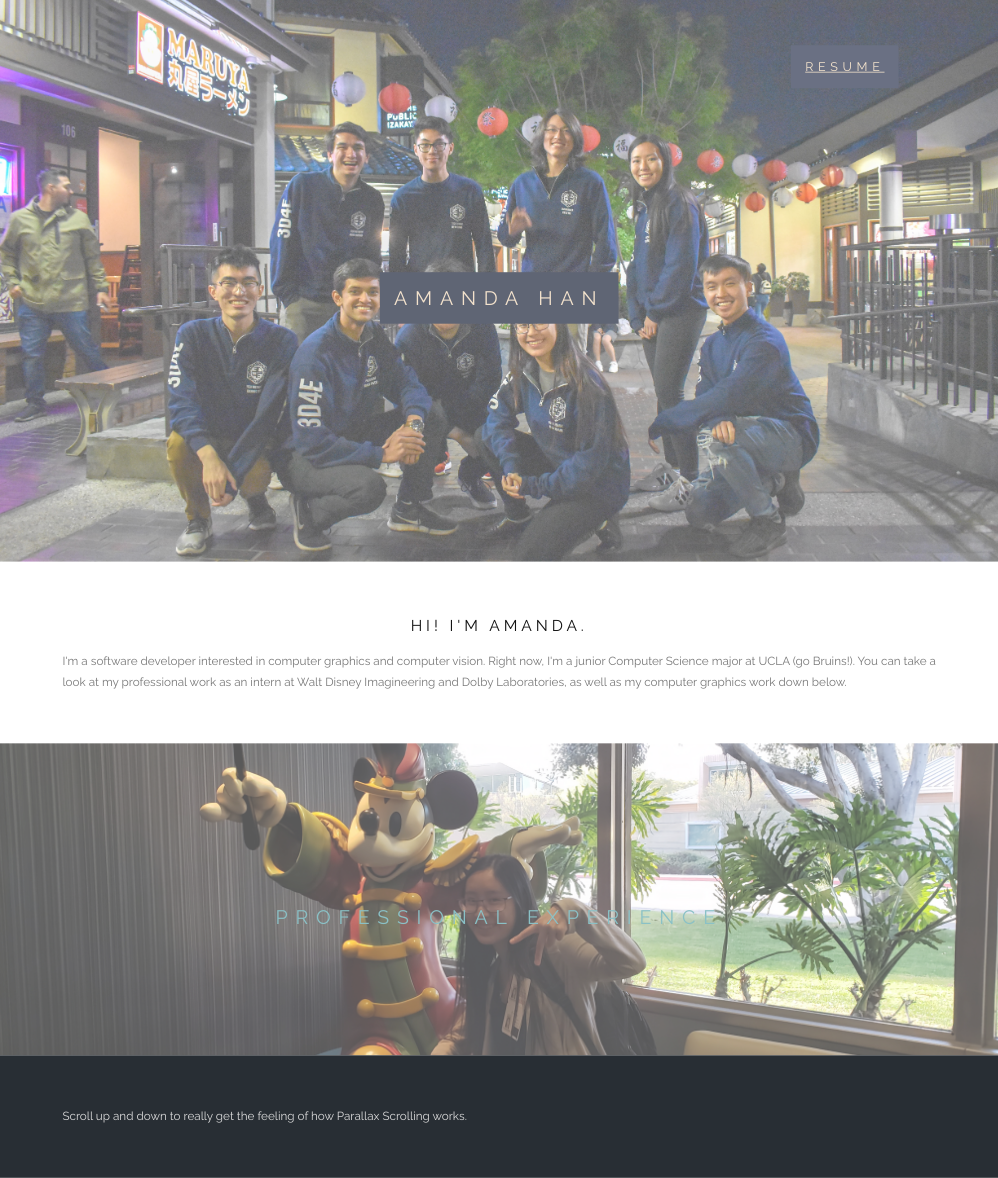
Repository: aliyuanh/me
Page: index.html
The author's editor kept a copy of each file at every save. The page is drawn from the files as they stood at one save, then again after the next save.
The browser window is 1280 px wide. The pictures show the part of the page from y = 0 to 1510 px (the page is 2787 px tall), at 78% of full size.
Pictures or frames that could not be fetched are drawn as grey boxes.

Above is the page before, as saved 2020-09-17 12:22:43.

### index.html
<!DOCTYPE html>
<html>

<head>
    <link href="https://fonts.googleapis.com/css2?family=Raleway:ital,wght@0,100;0,400;1,400;1,500&display=swap" rel="stylesheet">
    <meta name="viewport" content="width=device-width, initial-scale=1">
    <style>
         :root {
            --oxford-blue: #0b132bff;
            --space-cadet: #1c2541ff;
            --cadet-blue: #4da1a9ff;
            --wheat: #edd4b2ff;
            --mountbatten-pink: #9a7aa0ff;
        }

        body,
        html {
            height: 100%;
            margin: 0;
            font: 400 15px/1.8 "Raleway", sans-serif;
            color: #777;
        }

        .bgimg-1,
        .bgimg-2,
        .bgimg-3 {
            position: relative;
            opacity: 0.65;
            background-attachment: fixed;
            background-position: center;
            background-repeat: no-repeat;
            background-size: cover;
        }

        .bgimg-1 {
            background-image: url("img/tokyo.jpg");
            min-height: 100%;
        }

        .bgimg-2 {
            background-image: url("img/imagineering.jpg");
            min-height: 400px;
        }

        .bgimg-3 {
            background-image: url("img/cmmnd.png");
            min-height: 400px;
        }

        .caption {
            position: absolute;
            left: 0;
            top: 50%;
            width: 100%;
            text-align: center;
            color: #000;
        }

        .caption span.border {
            background-color: var(--oxford-blue);
            color: var(--wheat);
            padding: 18px;
            font-size: 25px;
            letter-spacing: 10px;
        }

        h3 {
            letter-spacing: 5px;
            text-transform: uppercase;
            font: 20px "Raleway", sans-serif;
            color: #111;
        }
        /* Turn off parallax scrolling for tablets and phones */

        .toResume {
            top: 10%;
            width: 100%;
            right: 10%;
            text-align: right;
            color: #000;
            position: absolute;
        }

        .resumeButton {
            background-color: var(--space-cadet);
            color: var(--wheat);
            padding: 18px;
            font-size: 16px;
            letter-spacing: 6px;
        }

        @media only screen and (max-device-width: 1024px) {
            .bgimg-1,
            .bgimg-2,
            .bgimg-3 {
                background-attachment: scroll;
            }
        }
        /* CSS HEX */
    </style>
</head>

<body>

    <div class="bgimg-1">
        <div class="toResume">
            <a class="resumeButton" href="https://drive.google.com/file/d/1WPi9M0jbwAtVQjWsxIvFWxaKqeurGUjf/view?usp=sharing">RESUME</a>
        </div>
        <div class="caption">
            <span class="border">AMANDA HAN</span>
        </div>
    </div>

    <div style="color: #777;background-color:white;text-align:center;padding:50px 80px;text-align: justify;">
        <h3 style="text-align:center;">Hi! I'm Amanda.</h3>
        <p>I'm a software developer interested in computer graphics and computer vision. Right now, I'm a junior Computer Science major at UCLA (go Bruins!). You can take a look at my professional work as an intern at Walt Disney Imagineering and Dolby Laboratories,
            as well as my computer graphics work down below.
        </p>
    </div>

    <div class="bgimg-2">
        <div class="caption">
            <span class="border" style="background-color:transparent;font-size:25px;color:var(--cadet-blue);">PROFESSIONAL EXPERIENCE</span>
        </div>
    </div>

    <div style="position:relative;">
        <div style="color:#ddd;background-color:#282E34;text-align:center;padding:50px 80px;text-align: justify;">
            <p>Scroll up and down to really get the feeling of how Parallax Scrolling works.</p>
        </div>
    </div>

    <div class="bgimg-3">
        <div class="caption">
            <span class="border" style="background-color:transparent;font-size:25px;color: #f7f7f7;">SCROLL UP</span>
        </div>
    </div>

    <div style="position:relative;">
        <div style="color:#ddd;background-color:#282E34;text-align:center;padding:50px 80px;text-align: justify;">
            <p>Scroll up and down to really get the feeling of how Parallax Scrolling works.</p>
        </div>
    </div>

    <div class="bgimg-1">
        <div class="caption">
            <span class="border"><a href="mailto: aliyuanh@ucla.edu" style="color:#ddd ">Email me!</a></span>
        </div>
    </div>

</body>

</html>

After the next save:
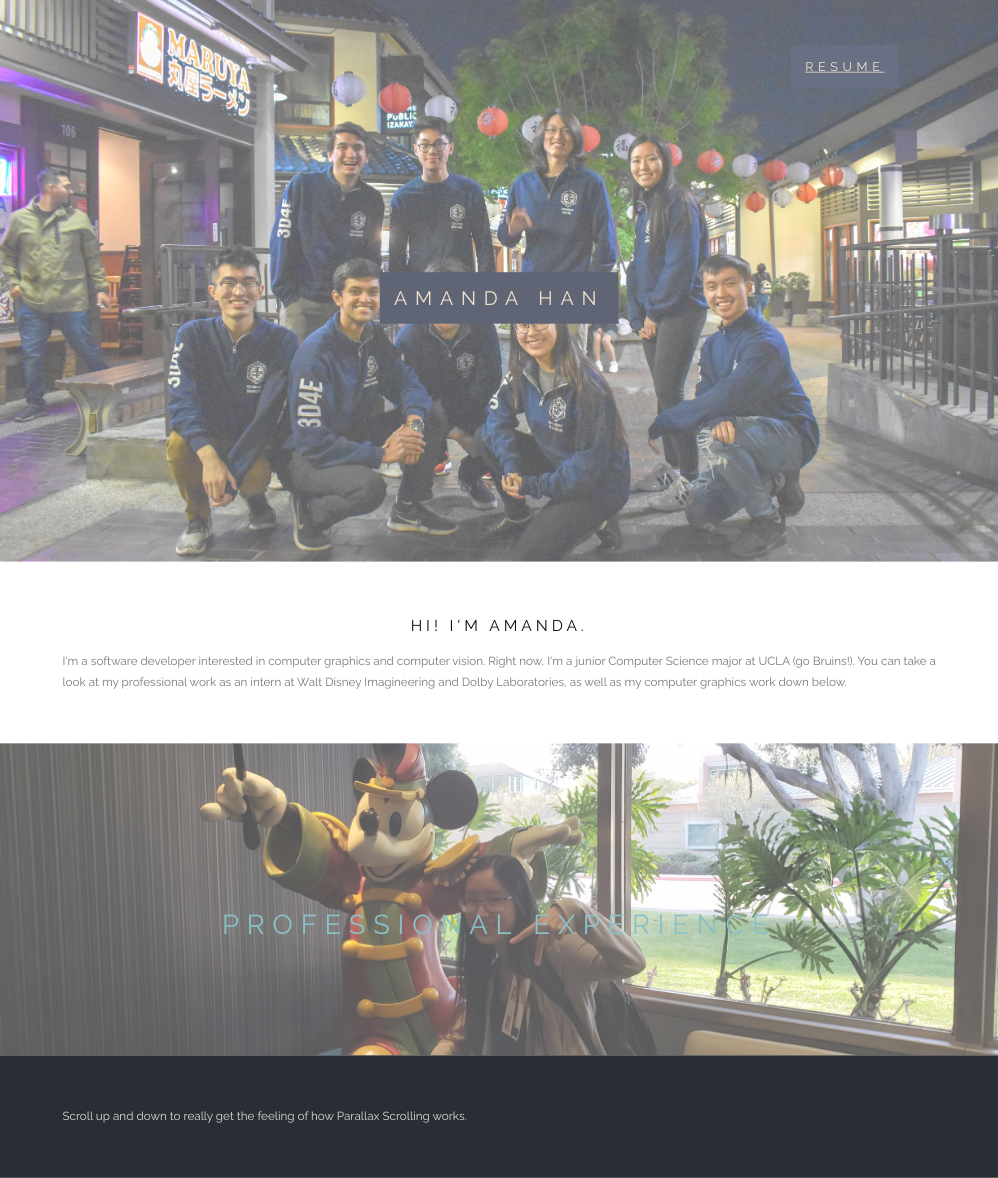
Saved 14 s later.
--- a/index.html
+++ b/index.html
@@ -120,7 +120,7 @@
 
     <div class="bgimg-2">
         <div class="caption">
-            <span class="border" style="background-color:transparent;font-size:25px;color:var(--cadet-blue);">PROFESSIONAL EXPERIENCE</span>
+            <span class="border" style="background-color:transparent;font-size:35px;color:var(--cadet-blue);">PROFESSIONAL EXPERIENCE</span>
         </div>
     </div>
 
